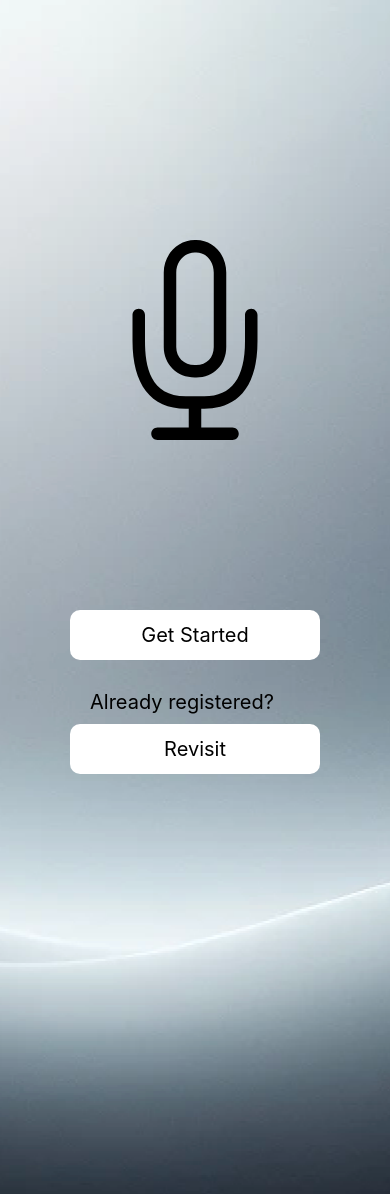
Repository: mortiestmorty1/recordings-app
Screen: / (app in frontend/)
The author's editor kept a copy of each file at every save. The screen is drawn from the files as they stood at one save, then again after the next save.
The app was drawn by React Native's web renderer in a window 390 px wide. The project was rebuilt for these pictures with package versions that can differ from the ones it lists, and the page was loaded fresh each time. Also part of the build but not shown: frontend/components/registerUser.js.

Above is the screen before, as saved 2024-03-08 01:55:27.

### frontend/App.js
import { StatusBar } from 'expo-status-bar';
import { StyleSheet, View } from 'react-native';
import RegisterUser from './components/registerUser.js';
import React from 'react';
import FirstScreen from './components/firstscreen.js';

export default function App() {
  const handleRegistrationSuccess = (userData) => {
    console.log('User registered:', userData);
  };

  return (
    <View style={styles.container}>
      <FirstScreen />
      {/* <RegisterUser onSubmit={handleRegistrationSuccess} /> */}
      <StatusBar style="auto" />
    </View>
  );
}

const styles = StyleSheet.create({
  container: {
    flex: 1,
    backgroundColor: '#fff',
    alignItems: 'center',
    justifyContent: 'center',
  },
});

### frontend/components/firstscreen.js
import React from 'react';
import { View, Text, StyleSheet, TouchableOpacity, ImageBackground } from 'react-native';
import { Svg, Path } from 'react-native-svg';
import background from '../assets/background.png'; // Ensure this path is correct

const FirstScreen = () => {
  return (
    <View style={styles.container}>
      <ImageBackground
        source={background}
        resizeMode="cover"
        style={styles.imageBackground}
      >
        <Svg style={styles.logo} fill="#000000" width="200" height="200" viewBox="0 0 1024 1024">
          <Path d="M510.88 704h7.6C607.44 704 672 638.4 672 548.032V166.624C672 73.184 604.56 0 518.466 0h-7.584C423.264 0 352 74.752 352 166.624v381.408C352 636.944 420.304 704 510.88 704zM416 166.624C416 110.032 458.56 64 510.88 64h7.6C569.504 64 608 108.128 608 166.624v381.408C608 603.024 572.032 640 518.464 640h-7.584c-55.872 0-94.88-37.808-94.88-91.968zM800 352c-17.68 0-32 14.336-32 32v133.072c0 190.4-67.968 282.929-207.744 282.929H465.12c-182.8 0-209.12-153.84-209.12-282.928V384.001c0-17.664-14.336-32-32-32s-32 14.336-32 32v133.072c0 220.496 91.888 346.928 273.12 346.928H480v96H320c-17.664 0-32 14.336-32 32s14.336 32 32 32h384c17.664 0 32-14.336 32-32s-14.336-32-32-32H544v-96h16.256C684.224 864.001 832 803.809 832 517.072V384c0-17.664-14.32-32-32-32z" />
        </Svg>
        <View style={styles.content}>
          <TouchableOpacity style={styles.btn1} onPress={() => console.log("Get Started pressed")}>
            <Text style={styles.btnText1}>Get Started</Text>
          </TouchableOpacity>
        <View style={styles.simple}>
          <Text style={styles.text}>Already registered?</Text>
          <TouchableOpacity style={styles.btn2} onPress={() => console.log("Revisit pressed")}>
            <Text style={styles.btnText2}>Revisit</Text>
          </TouchableOpacity>
          </View>
        </View>
      </ImageBackground>
    </View>
  );
};

const styles = StyleSheet.create({
  container: {
    flex: 1,
    width: '100%',
    height: '100%',
    justifyContent: 'center',
    alignItems: 'center',
  },
  imageBackground: {
    flex: 1,
    width: '100%',
    justifyContent: 'center',
    alignItems: 'center',
  },
  logo: {
    bottom: 100,
  },
  text: {
    fontSize: 20,
    margin: 20,
  },
  content: {
    justifyContent: 'center',
    alignItems: 'center',
    top: 180,
  },
  btn1: {
    width: 250,
    height: 50,
    backgroundColor: 'white',
    borderRadius: 10,
    justifyContent: 'center',
    alignItems: 'center',
    bottom: 10,
  },
  btnText1: {
    color: 'black',
    fontSize: 20,
    fontWeight: 'heavy',
  },
  simple:{

  },
  btn2: {
    width: 250,
    height: 50,
    backgroundColor: 'white',
    borderRadius: 10,
    justifyContent: 'center',
    alignItems: 'center',
    bottom: 10,
  },
    btnText2: {
        color: 'black',
        fontSize: 20,
        fontWeight: 'heavy',
    },
});

export default FirstScreen;

After the next save:
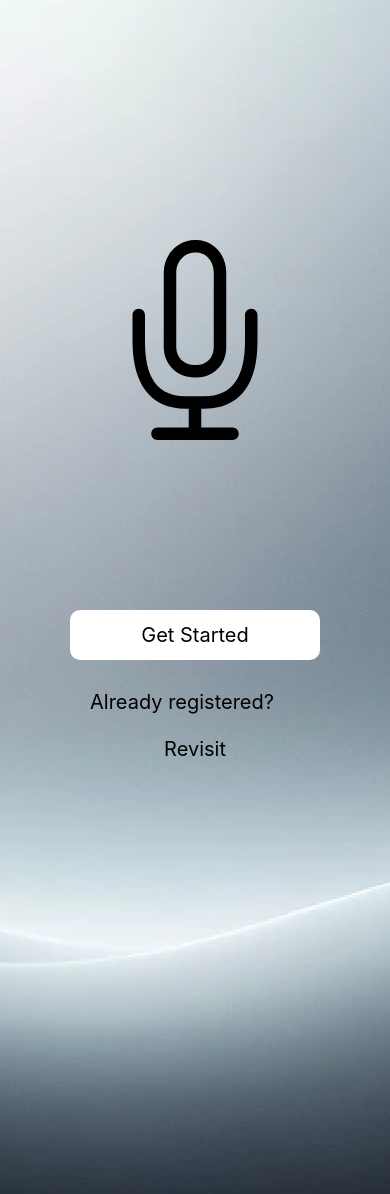
Saved 15 s later.
--- a/frontend/components/firstscreen.js
+++ b/frontend/components/firstscreen.js
@@ -76,8 +76,7 @@ const styles = StyleSheet.create({
   btn2: {
     width: 250,
     height: 50,
-    backgroundColor: 'white',
-    borderRadius: 10,
+
     justifyContent: 'center',
     alignItems: 'center',
     bottom: 10,
